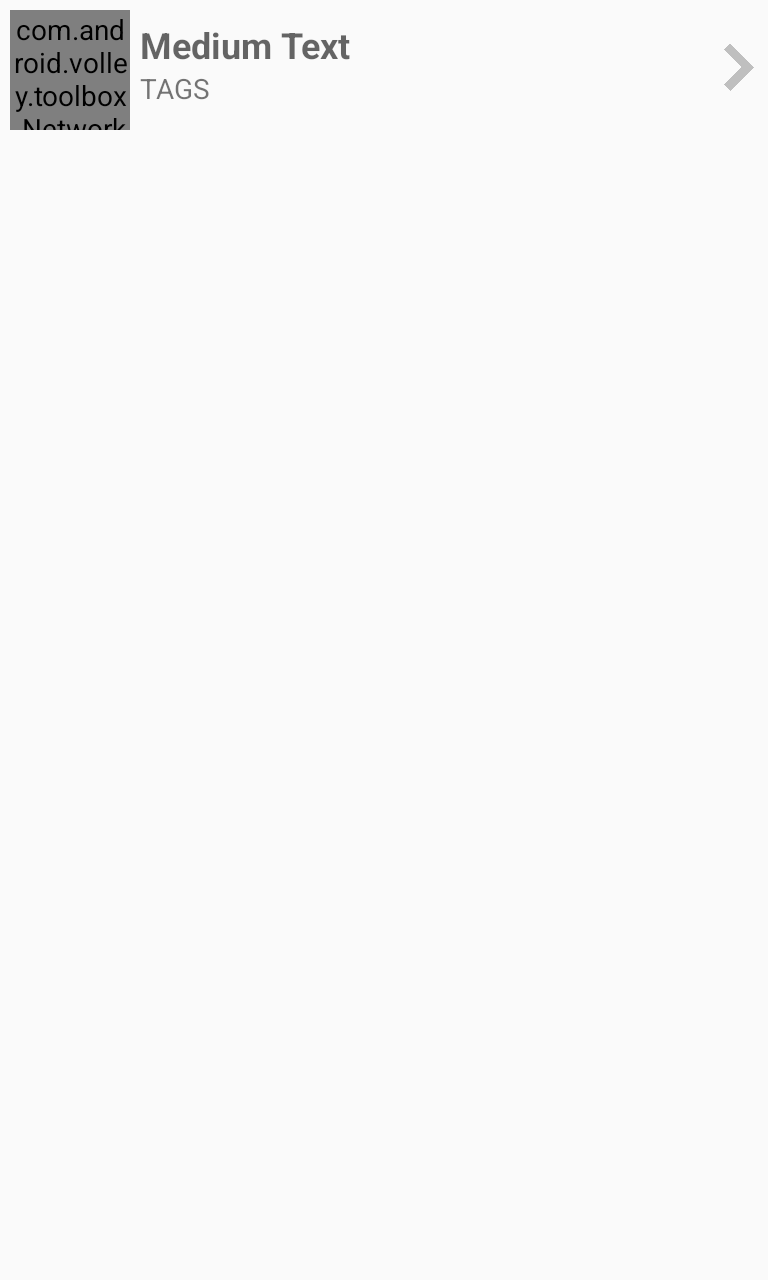
Repository: savindra/cutting-edge
Layout: Humzearch/res/layout/view_tune_row.xml
An editor plug-in stored every save of this project. The layout is shown before and after the next save, followed by the edit.
Pictures or frames that could not be fetched are drawn as grey boxes. It is drawn on a 768 x 1280 px phone screen (xhdpi) without system bars, with theme AppTheme; the app's code is not run.

Above is the layout before, as saved 2015-06-19 17:41:17.

### Humzearch/res/layout/view_tune_row.xml
<?xml version="1.0" encoding="utf-8"?>
<RelativeLayout xmlns:android="http://schemas.android.com/apk/res/android"
    android:layout_width="match_parent"
    android:layout_height="match_parent"
    android:orientation="vertical" >

    <com.android.volley.toolbox.NetworkImageView
        android:id="@+id/imgViewTuneUser"
        android:layout_width="60dp"
        android:layout_height="60dp"
        android:layout_alignParentLeft="true"
        android:layout_marginBottom="5dip"
        android:layout_marginLeft="5dip"
        android:layout_marginTop="5dip" />

    <ImageView
        android:id="@+id/imageView2"
        android:layout_width="15dp"
        android:layout_height="45dp"
        android:layout_alignParentRight="true"
        android:layout_alignParentTop="true"
        android:layout_marginRight="7dp"
        android:layout_marginTop="11dp"
        android:src="@drawable/ic_right_arrow" />

    <TextView
        android:id="@+id/txtViewTuneUsername"
        android:layout_width="wrap_content"
        android:layout_height="wrap_content"
        android:layout_alignParentTop="true"
        android:layout_marginLeft="5dip"
        android:layout_marginTop="10dip"
        android:layout_toRightOf="@+id/imgViewTuneUser"
        android:text="Medium Text"
        android:textAppearance="?android:attr/textAppearanceMedium"
        android:textStyle="bold" />

    <TextView
        android:id="@+id/txtViewTuneTag"
        android:layout_width="wrap_content"
        android:layout_height="wrap_content"
        android:layout_alignLeft="@+id/txtViewTuneUsername"
        android:layout_below="@+id/txtViewTuneUsername"
        android:layout_toLeftOf="@+id/imageView2"
        android:text="TAGS"
        android:textAppearance="?android:attr/textAppearanceSmall" />

</RelativeLayout>

### Humzearch/res/values-v21/style.xml
<?xml version="1.0" encoding="utf-8"?>
<resources>
    <style name="AppTheme" parent="AppTheme.Base">
        <!-- Customize your theme using Material Design here. -->
    </style>
</resources>

### Humzearch/res/values/styles.xml
<resources>

    <!-- Base application theme. -->
    <style name="AppTheme" parent="AppTheme.Base"/>

    <style name="AppTheme.Base" parent="Theme.AppCompat.Light.DarkActionBar">
        <!-- Customize your theme here. -->

        <!-- colorPrimary is used for the default action bar background -->
        <item name="colorPrimary">@color/ColorPrimary</item>

        <!-- colorPrimaryDark is used for the status bar -->
        <item name="colorPrimaryDark">@color/ColorPrimaryDark</item>

        <!-- colorAccent is used as the default value for colorControlActivated
             which is used to tint widgets -->

        <!-- You can also set colorControlNormal, colorControlActivated
             colorControlHighlight & colorSwitchThumbNormal. -->

        <item name="homeAsUpIndicator">@drawable/ic_drawer</item>
		<item name="android:homeAsUpIndicator">@drawable/ic_drawer</item>
    </style>

    <style name="AppTheme.NoTitleBar" parent="Theme.AppCompat.Light.NoActionBar">
        <!-- Customize your theme here. -->

        <!-- colorPrimary is used for the default action bar background -->
        <item name="colorPrimary">@color/ColorPrimary</item>

        <!-- colorPrimaryDark is used for the status bar -->
        <item name="colorPrimaryDark">@color/ColorPrimaryDark</item>

        <!-- colorAccent is used as the default value for colorControlActivated
             which is used to tint widgets -->

        <!-- You can also set colorControlNormal, colorControlActivated
             colorControlHighlight & colorSwitchThumbNormal. -->
    </style>

    <style name="AppTheme.BackButton" parent="Theme.AppCompat.Light.DarkActionBar">
        <!-- Customize your theme here. -->

        <!-- colorPrimary is used for the default action bar background -->
        <item name="colorPrimary">@color/ColorPrimary</item>

        <!-- colorPrimaryDark is used for the status bar -->
        <item name="colorPrimaryDark">@color/ColorPrimaryDark</item>

        <!-- colorAccent is used as the default value for colorControlActivated
             which is used to tint widgets -->

        <!-- You can also set colorControlNormal, colorControlActivated
             colorControlHighlight & colorSwitchThumbNormal. -->
    </style>

    <style name="toolbar_bottom" parent="Widget.AppCompat.Toolbar">
    	<item name="contentInsetStart">0dp</item>
    	<item name="contentInsetEnd">0dp</item>
	</style>

</resources>

### Humzearch/res/values/color.xml
<?xml version="1.0" encoding="utf-8"?>
<resources>
    <color name="ColorPrimary">#e62117</color>
    <color name="ColorPrimaryDark">#c31c13</color>
    <color name="tabsScrollColor">#8a140e</color>
    <color name="fontblack">#000</color>

    <!-- Main menu colors -->
    <color name="list_item_title">#303030</color>
    <color name="list_background">#eee</color>
    <color name="list_background_pressed">#aaa</color>
    <color name="counter_text_bg">#626262</color>
    <color name="counter_text_color">#c5c4c4</color>

    <color name="button">#ccc</color>

    <color name="link">#909090</color>
    <color name="secondbar">#f5f5f5</color>
    <color name="background">#fcfcfc</color>

    <color name="list_divider">#d9d9d9</color>
    <color name="list_row_start_color">#ffffff</color>
    <color name="list_row_end_color">#ffffff</color>
    <color name="list_row_hover_start_color">#ebeef0</color>
    <color name="list_row_hover_end_color">#ebeef0</color>

</resources>

After the next save:
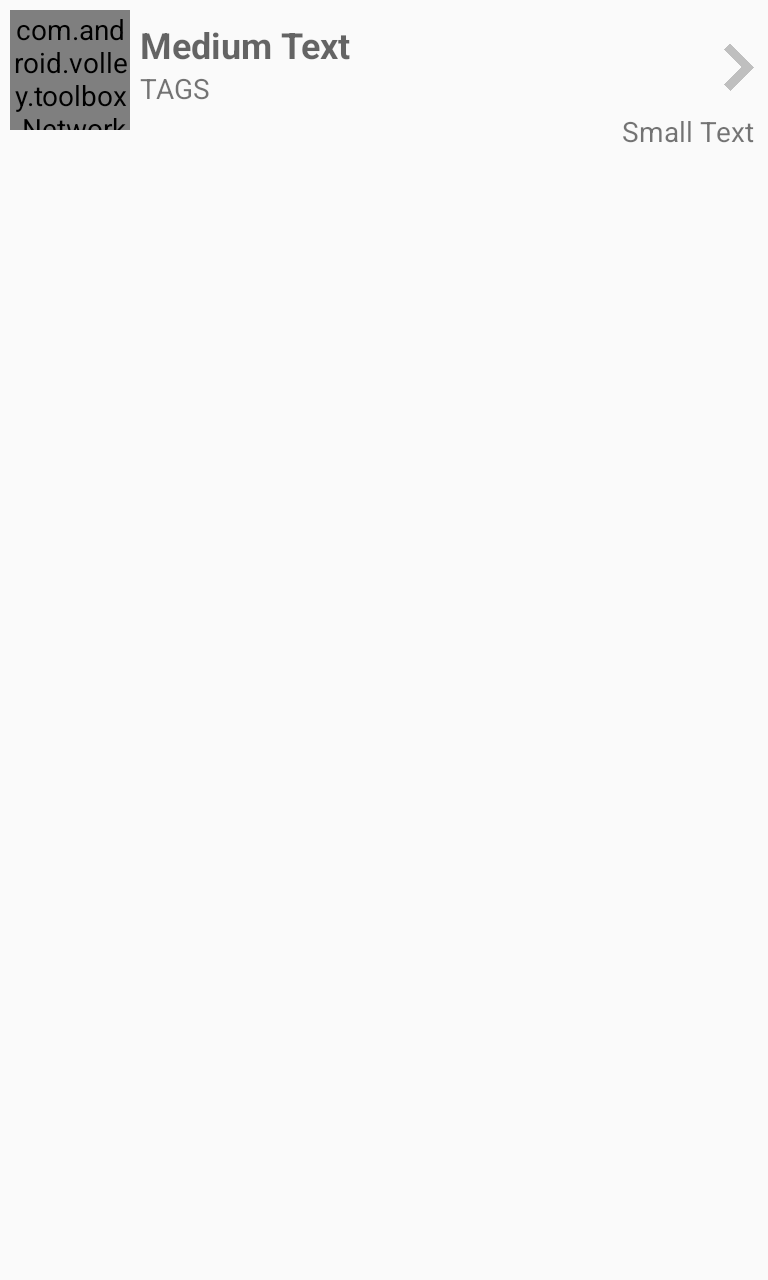
Saved 31 min 3 s later.
--- a/Humzearch/res/layout/view_tune_row.xml
+++ b/Humzearch/res/layout/view_tune_row.xml
@@ -45,4 +45,14 @@
         android:text="TAGS"
         android:textAppearance="?android:attr/textAppearanceSmall" />
 
+    <TextView
+        android:id="@+id/txtViewTuneDate"
+        android:layout_width="wrap_content"
+        android:layout_height="wrap_content"
+        android:layout_alignRight="@+id/imageView2"
+        android:layout_below="@+id/imageView2"
+        android:text="Small Text"
+        android:textAppearance="?android:attr/textAppearanceSmall"
+         />
+
 </RelativeLayout>
